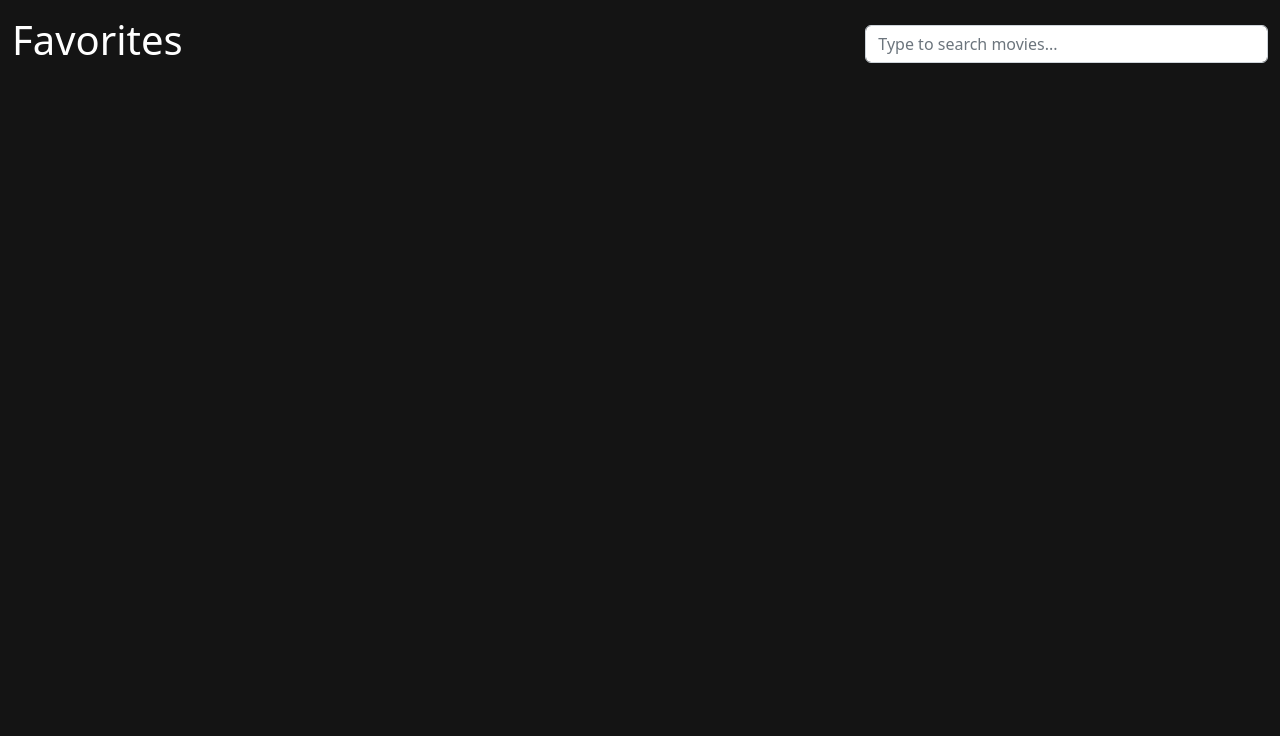
Repository: sandeepreddyvitta/react
Page: / (app in movieapp/)
The author's editor kept a copy of each file at every save. The page is drawn from the files as they stood at one save, then again after the next save.
The browser window is 1280 px wide. The pictures show the whole page.
The page's requests for data from a server got no answer. The project was rebuilt for these pictures with package versions that can differ from the ones it lists, and the page was loaded fresh each time. No one was signed in, and anything a server would have sent is missing. Also part of the build but not shown: movieapp/src/components/movie/Addfavourtie.js.

Above is the page before, as saved 2022-12-14 09:17:35.

After the next save:
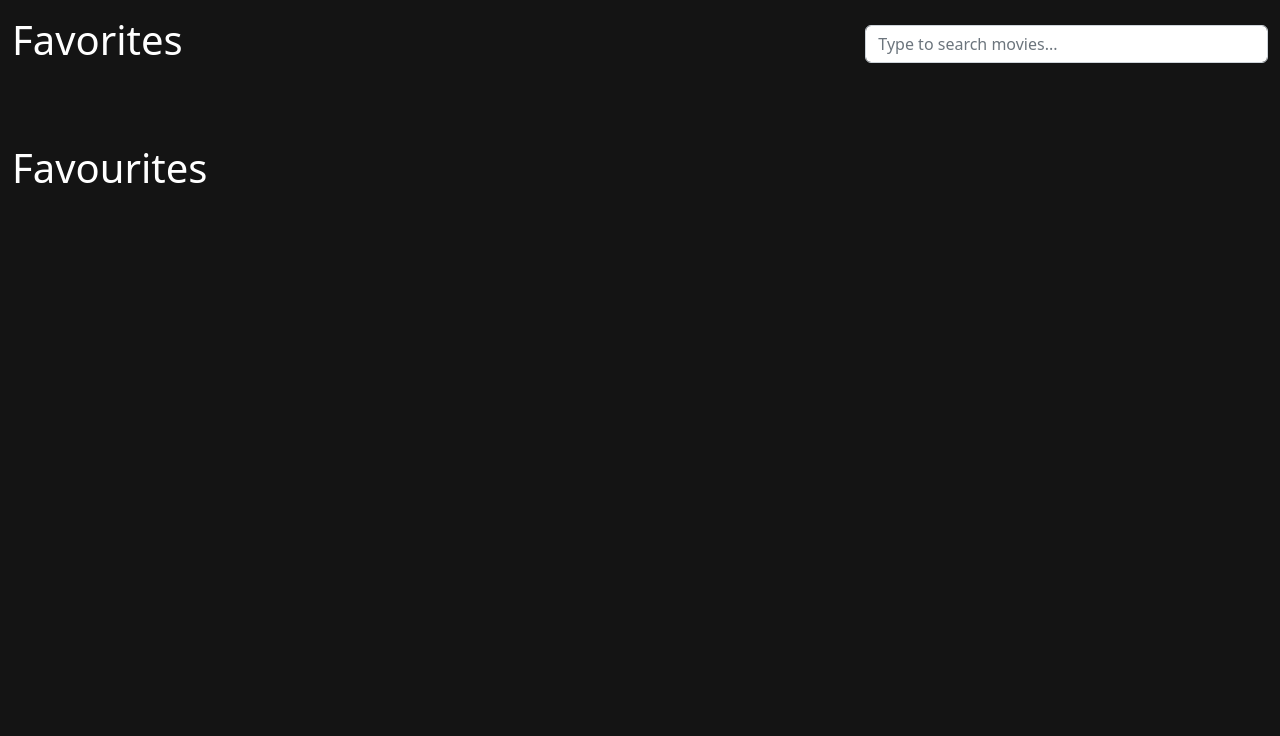
Saved 2 min 6 s later.
--- a/movieapp/src/App.js
+++ b/movieapp/src/App.js
@@ -45,7 +45,11 @@ function App() {
           />
         </div>
         <div className='row d-flex align-items-center mt-4 mb-4'>
-
+          <MovieListHead heading="Favourites" />
+        </div>
+        <div className='row'>
+          <MovieList
+            movies={favorites} />
         </div>
       </div>
     </div>
